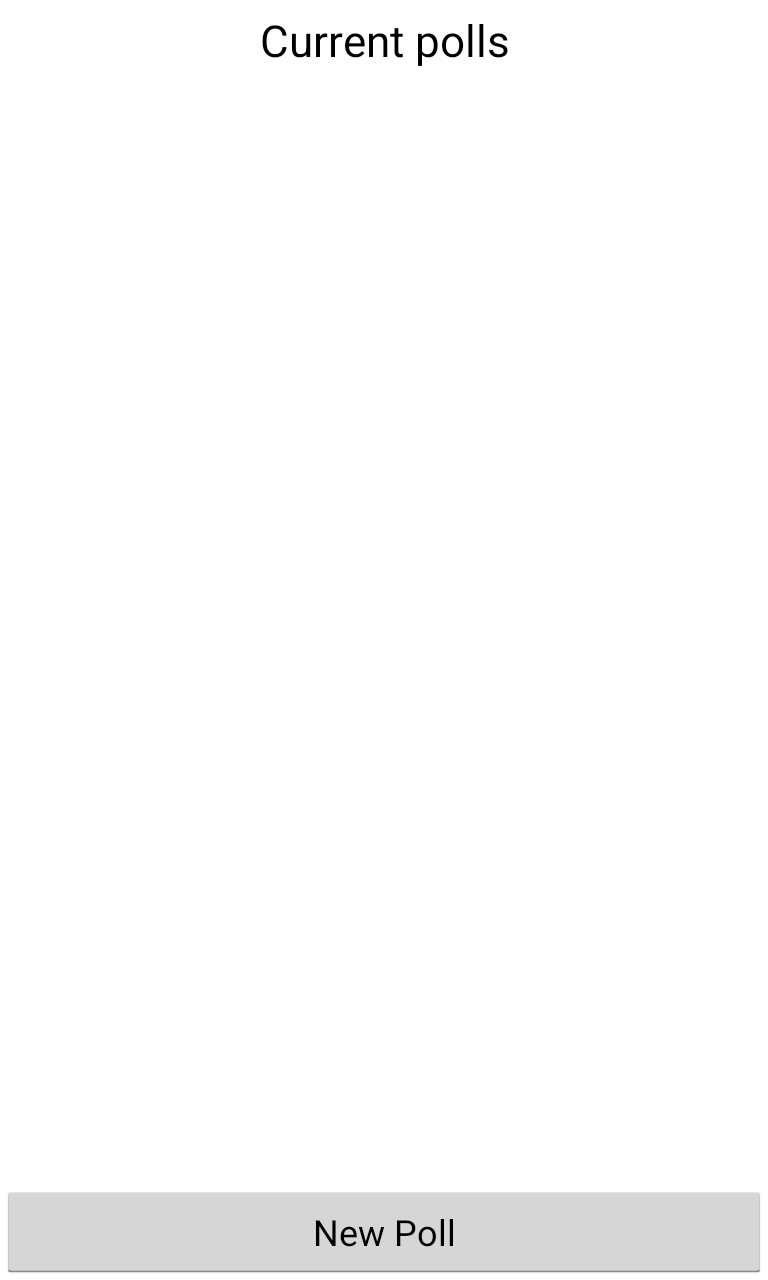
Repository: joelspang/mis_android
Layout: prak3/DoodleClient/res/layout/main.xml
An editor plug-in stored every save of this project. The layout is shown before and after the next save, followed by the edit.
It is drawn on a 768 x 1280 px phone screen (xhdpi) without system bars, with theme AppTheme; the app's code is not run. Lists and similar views that code fills are empty.

Above is the layout before, as saved 2014-06-03 17:06:28.

### prak3/DoodleClient/res/layout/main.xml
<?xml version="1.0" encoding="utf-8"?>
<LinearLayout xmlns:android="http://schemas.android.com/apk/res/android"
    android:layout_width="match_parent"
    android:layout_height="match_parent"
    android:orientation="vertical" >

    <TextView
        android:id="@+id/textView1"
        android:layout_width="match_parent"
        android:layout_height="wrap_content"
        android:gravity="center_horizontal"
        android:padding="5dp"
        android:text="Current polls"
        android:textAppearance="?android:attr/textAppearanceLarge" />

    <ListView
        android:id="@+id/lstPolls"
        android:layout_width="wrap_content"
        android:layout_height="599dp"
        android:layout_weight="0.63" >
    </ListView>

    <Button
        android:id="@+id/btnNewpoll"
        android:layout_width="match_parent"
        android:layout_height="wrap_content"
        android:text="New Poll" />

</LinearLayout>

Loaded but not shown: prak3/DoodleClient/res/values/styles.xml (common file); prak3/DoodleClient/res/values-v11/styles.xml (common file); prak3/DoodleClient/res/values-v14/styles.xml (common file)

After the next save:
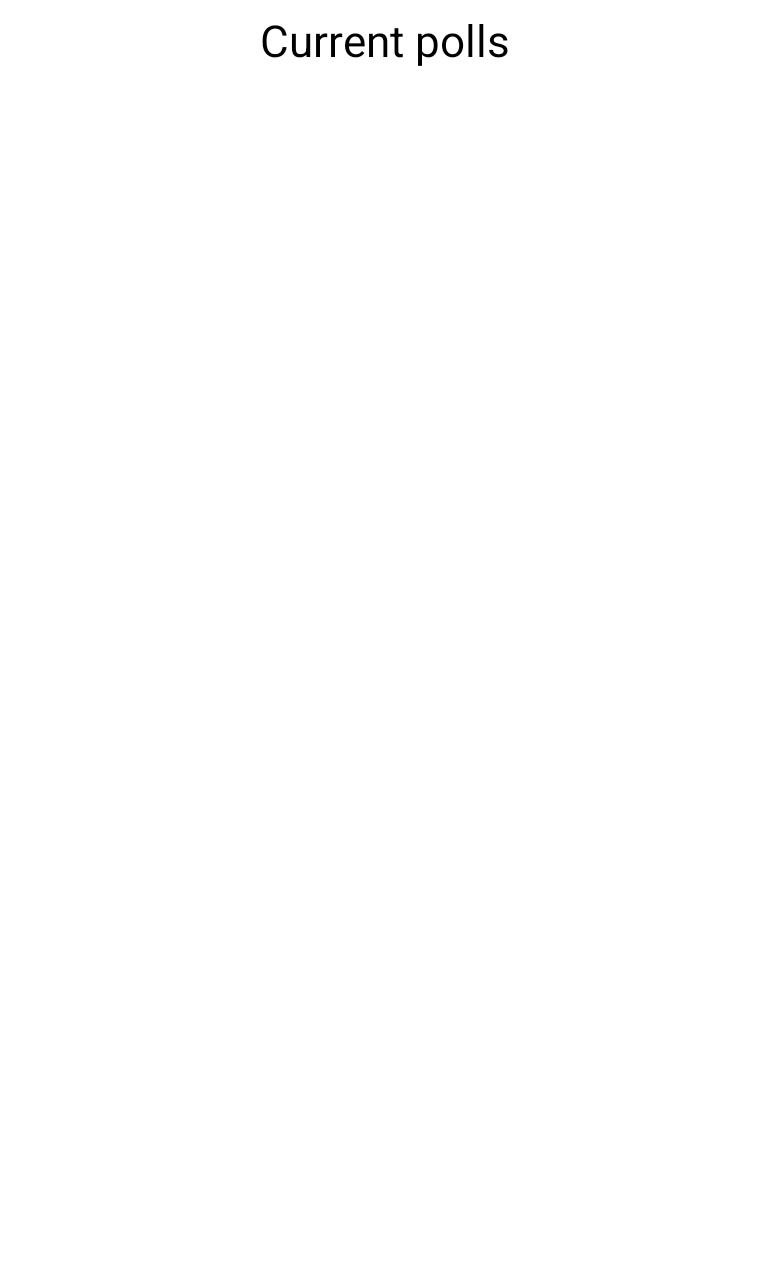
Saved 13 min 36 s later.
--- a/prak3/DoodleClient/res/layout/main.xml
+++ b/prak3/DoodleClient/res/layout/main.xml
@@ -20,10 +20,4 @@
         android:layout_weight="0.63" >
     </ListView>
 
-    <Button
-        android:id="@+id/btnNewpoll"
-        android:layout_width="match_parent"
-        android:layout_height="wrap_content"
-        android:text="New Poll" />
-
 </LinearLayout>

After the save that followed:
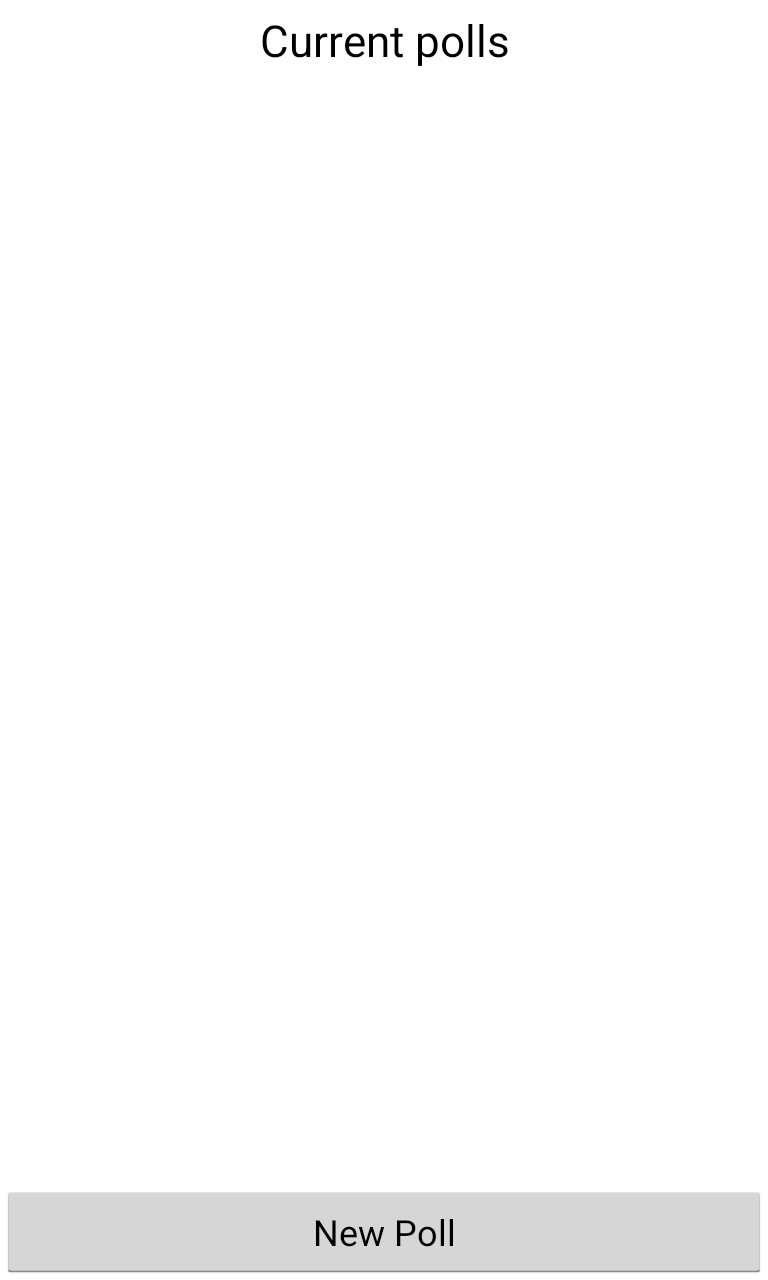
Saved 5 min 52 s later.
--- a/prak3/DoodleClient/res/layout/main.xml
+++ b/prak3/DoodleClient/res/layout/main.xml
@@ -20,4 +20,10 @@
         android:layout_weight="0.63" >
     </ListView>
 
+    <Button
+        android:id="@+id/btnNewpoll"
+        android:layout_width="match_parent"
+        android:layout_height="wrap_content"
+        android:text="New Poll" />
+
 </LinearLayout>
